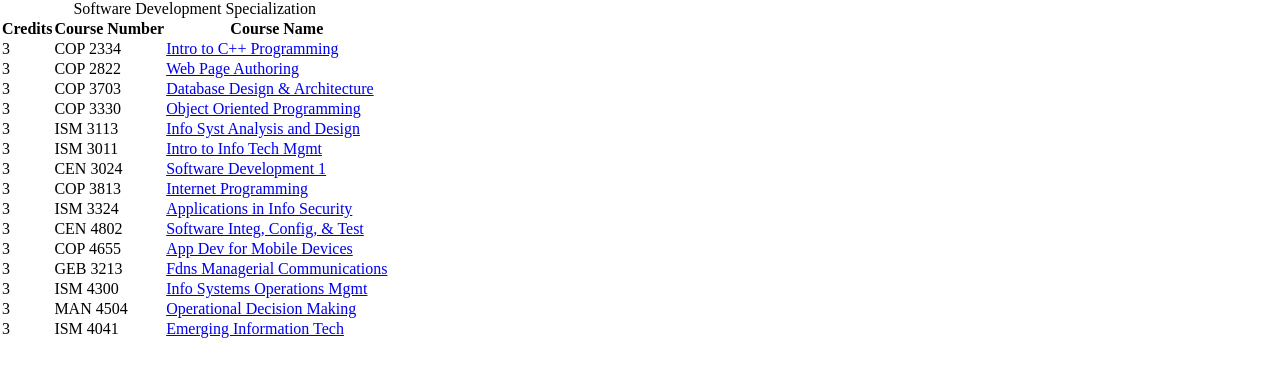
Repository: mlmEFSC21/P3-DegreeSpecializationTable
Page: index.html
These files come from the project's save history. The page is drawn as it stood at one moment and after the next save; the edit follows.
The browser window is 1280 px wide. The pictures show the whole page.
Some web fonts or font styles are not loaded; a fallback is used.

Above is the page before, as saved 2022-02-01 20:43:26.

### index.html
<!DOCTYPE html>
<html lang="en">
    <head>
        <meta charset="UTF-8" />
        <meta http-equiv="X-UA-Compatible" content="IE=edge" />
        <meta name="viewport" content="width=device-width, initial-scale=1.0" />
        <link rel="stylesheet" href="tableStyles.css" />
        <title>Degree Specialization Table</title>
    </head>
    <body>
        <table>
            <caption class="tableTitle">
                Software Development Specialization
            </caption>
            <thead>
                <tr class="colTitles">
                    <th>Credits</th>
                    <th>Course Number</th>
                    <th>Course Name</th>
                </tr>
            </thead>
            <tr>
                <td>3</td>
                <td>COP 2334</td>
                <td>
                    <a
                        href="https://bannerweb.easternflorida.edu/prod/bwckctlg.p_disp_course_detail?cat_term_in=202210&subj_code_in=COP&crse_numb_in=1000"
                        >Intro to C++ Programming</a
                    >
                </td>
            </tr>
            <tr>
                <td>3</td>
                <td>COP 2822</td>
                <td>
                    <a
                        href="https://bannerweb.easternflorida.edu/prod/bwckctlg.p_disp_course_detail?cat_term_in=202210&subj_code_in=COP&crse_numb_in=2822"
                        >Web Page Authoring</a
                    >
                </td>
            </tr>
            <tr>
                <td>3</td>
                <td>COP 3703</td>
                <td>
                    <a
                        href="https://bannerweb.easternflorida.edu/prod/bwckctlg.p_disp_course_detail?cat_term_in=202210&subj_code_in=COP&crse_numb_in=3703"
                        >Database Design & Architecture</a
                    >
                </td>
            </tr>
            <tr>
                <td>3</td>
                <td>COP 3330</td>
                <td>
                    <a
                        href="https://bannerweb.easternflorida.edu/prod/bwckctlg.p_disp_course_detail?cat_term_in=202210&subj_code_in=COP&crse_numb_in=3330"
                        >Object Oriented Programming</a
                    >
                </td>
            </tr>
            <tr>
                <td>3</td>
                <td>ISM 3113</td>
                <td>
                    <a
                        href="https://bannerweb.easternflorida.edu/prod/bwckctlg.p_disp_course_detail?cat_term_in=202210&subj_code_in=ISM&crse_numb_in=3113"
                        >Info Syst Analysis and Design</a
                    >
                </td>
            </tr>
            <tr>
                <td>3</td>
                <td>ISM 3011</td>
                <td>
                    <a
                        href="https://bannerweb.easternflorida.edu/prod/bwckctlg.p_disp_course_detail?cat_term_in=202210&subj_code_in=ISM&crse_numb_in=3011"
                        >Intro to Info Tech Mgmt</a
                    >
                </td>
            </tr>
            <tr>
                <td>3</td>
                <td>CEN 3024</td>
                <td>
                    <a
                        href="https://bannerweb.easternflorida.edu/prod/bwckctlg.p_disp_course_detail?cat_term_in=202210&subj_code_in=CEN&crse_numb_in=3024"
                        >Software Development 1</a
                    >
                </td>
            </tr>
            <tr>
                <td>3</td>
                <td>COP 3813</td>
                <td>
                    <a
                        href="https://bannerweb.easternflorida.edu/prod/bwckctlg.p_disp_course_detail?cat_term_in=202210&subj_code_in=COP&crse_numb_in=3813"
                        >Internet Programming</a
                    >
                </td>
            </tr>
            <tr>
                <td>3</td>
                <td>ISM 3324</td>
                <td>
                    <a
                        href="https://bannerweb.easternflorida.edu/prod/bwckctlg.p_disp_course_detail?cat_term_in=202210&subj_code_in=ISM&crse_numb_in=3324"
                        >Applications in Info Security</a
                    >
                </td>
            </tr>
            <tr>
                <td>3</td>
                <td>CEN 4802</td>
                <td>
                    <a
                        href="https://bannerweb.easternflorida.edu/prod/bwckctlg.p_disp_course_detail?cat_term_in=202210&subj_code_in=CEN&crse_numb_in=4802"
                        >Software Integ, Config, & Test</a
                    >
                </td>
            </tr>
            <tr>
                <td>3</td>
                <td>COP 4655</td>
                <td>
                    <a
                        href="https://bannerweb.easternflorida.edu/prod/bwckctlg.p_disp_course_detail?cat_term_in=202210&subj_code_in=COP&crse_numb_in=4655"
                        >App Dev for Mobile Devices</a
                    >
                </td>
            </tr>
            <tr>
                <td>3</td>
                <td>GEB 3213</td>
                <td>
                    <a
                        href="https://bannerweb.easternflorida.edu/prod/bwckctlg.p_disp_course_detail?cat_term_in=202210&subj_code_in=GEB&crse_numb_in=3213"
                        >Fdns Managerial Communications</a
                    >
                </td>
            </tr>
            <tr>
                <td>3</td>
                <td>ISM 4300</td>
                <td>
                    <a
                        href="https://bannerweb.easternflorida.edu/prod/bwckctlg.p_disp_course_detail?cat_term_in=202210&subj_code_in=ISM&crse_numb_in=4300"
                        >Info Systems Operations Mgmt</a
                    >
                </td>
            </tr>
            <tr>
                <td>3</td>
                <td>MAN 4504</td>
                <td>
                    <a
                        href="https://bannerweb.easternflorida.edu/prod/bwckctlg.p_disp_course_detail?cat_term_in=202210&subj_code_in=MAN&crse_numb_in=4504"
                        >Operational Decision Making</a
                    >
                </td>
            </tr>
            <tr>
                <td>3</td>
                <td>ISM 4041</td>
                <td>
                    <a
                        href="https://bannerweb.easternflorida.edu/prod/bwckctlg.p_disp_course_detail?cat_term_in=202210&subj_code_in=ISM&crse_numb_in=4041"
                        >Emerging Information Tech</a
                    >
                </td>
            </tr>
        </table>
    </body>
</html>

### tableStyles.css
@import url("https://fonts.googleapis.com/css2?family=Spectral:wght@400&display=swap");

:root {
    --clr-prime: #003c5e;
    --clr-second: #1a2028;
    --clr-accent: #8fb500;
    --clr-font-prime: #5b8ead;
    --clr-font-second: black;
}
*,
*::before,
*::after {
    margin: 0;
    padding: 0;
    box-sizing: border-box;
}
body {
}

After the next save:
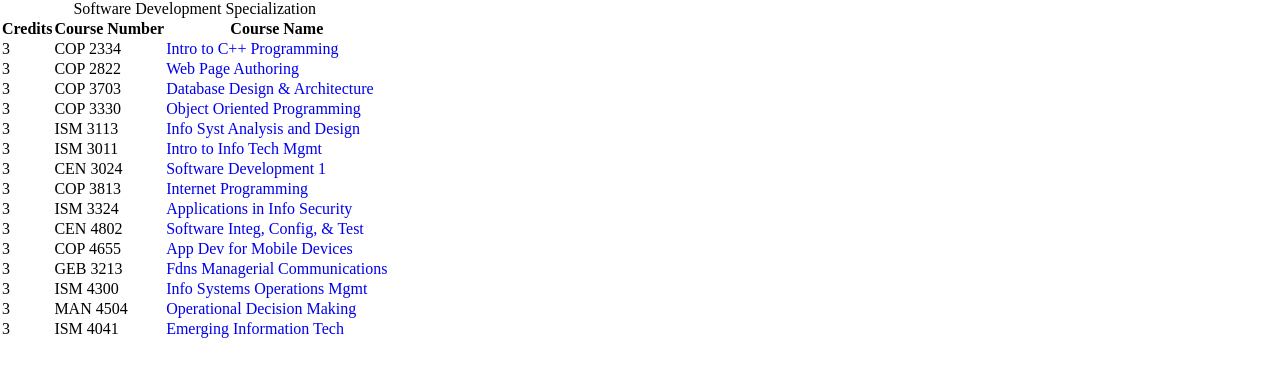
Saved 18 s later.
--- a/tableStyles.css
+++ b/tableStyles.css
@@ -16,3 +16,7 @@
 }
 body {
 }
+
+a {
+    text-decoration: none;
+}
